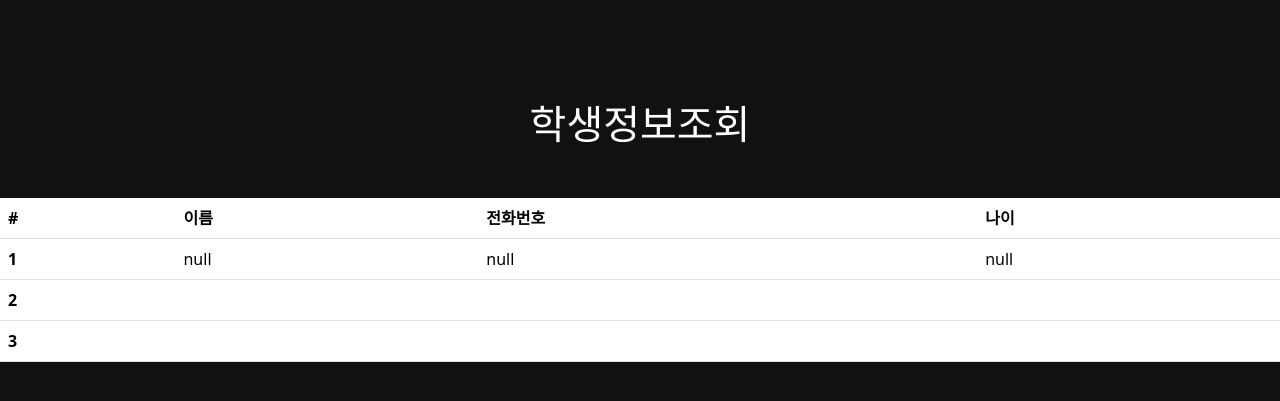
Repository: mi-ci/ai
Page: http://localhost/jsp01/ch06/student.jsp
The author's editor kept a copy of each file at every save. The page is drawn from the files as they stood at one save, then again after the next save.
The browser window is 1280 px wide. The pictures show the whole page.
The page is served by Tomcat 9.

Above is the page before, as saved 2024-01-19 02:10:26.

After the next save:
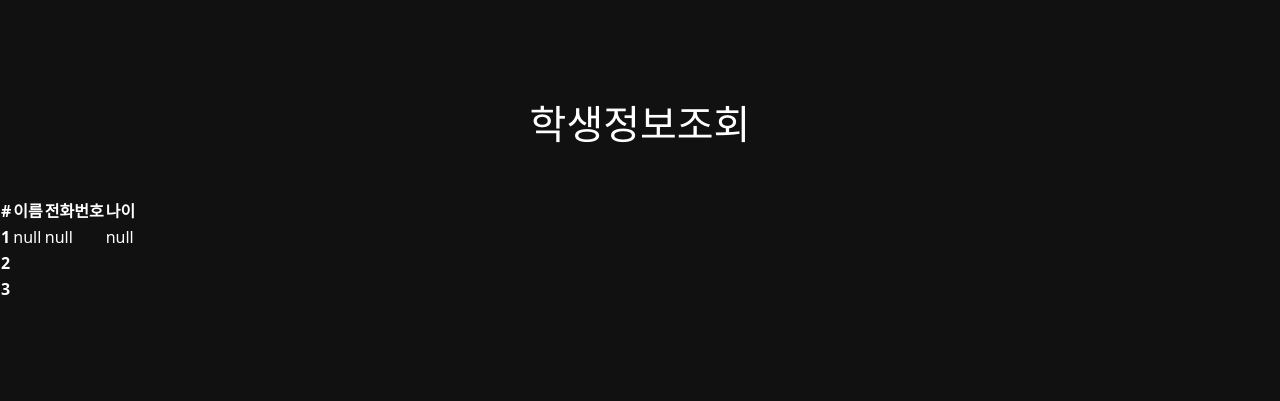
Saved 48 s later.
--- a/jsp01/src/main/webapp/ch06/student.jsp
+++ b/jsp01/src/main/webapp/ch06/student.jsp
@@ -34,7 +34,7 @@
 		<h1>학생정보조회</h1>
 	</div>
 
-	<table class="table">
+	<table class="table-dark">
 	  <thead>
 	    <tr>
 	      <th scope="col">#</th>
